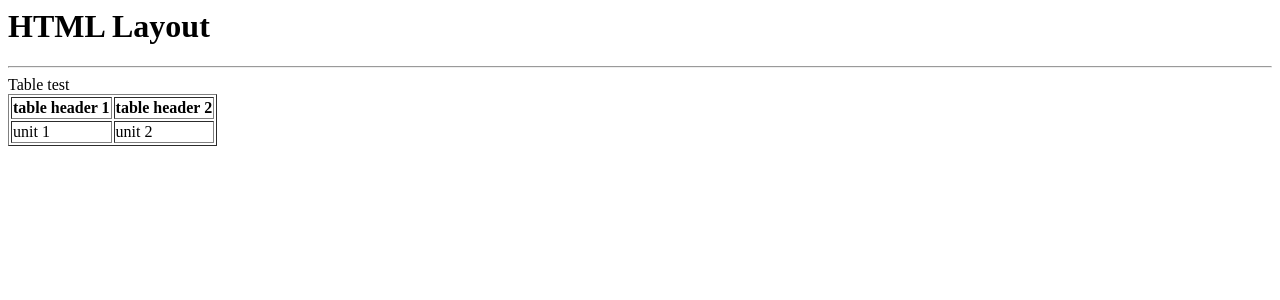
Repository: libelosophy/anjoyo
Page: workspace/QTalk/WebContent/html/table.html
An editor plug-in stored every save of this project. The page is shown before and after the next save, followed by the edit.
The browser window is 1280 px wide. The pictures show the whole page.

Above is the page before, as saved 2013-09-09 11:18:30.

### workspace/QTalk/WebContent/html/table.html
<html>
<head>
<title>HTML Layout</title>
<meta name="author" content="jh">

</head>

<h1> HTML Layout </h1>
<body>
<hr />


	<table border="1"> Table test
		<tr>
			<th>table header 1</th>
			<th>table header 2</th>
		</tr>
		<tr>
			<td>unit 1</td>
			<td>unit 2</td>
		</tr>
	</table>


</body>
</html>

After the next save:
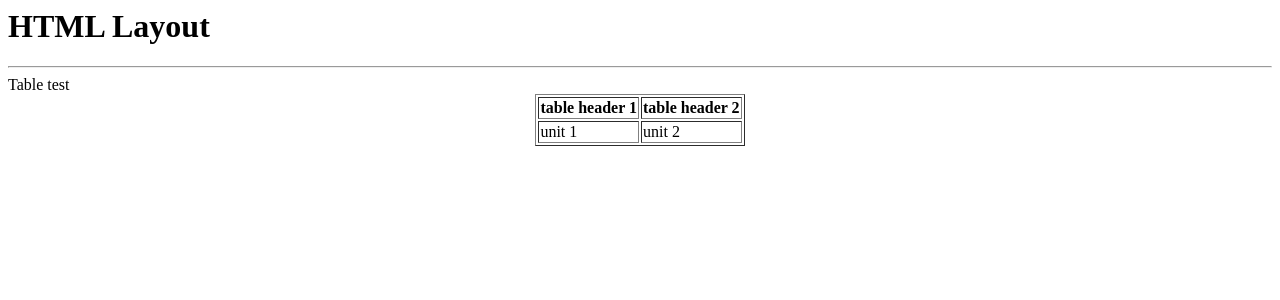
Saved 2 min 8 s later.
--- a/workspace/QTalk/WebContent/html/table.html
+++ b/workspace/QTalk/WebContent/html/table.html
@@ -10,7 +10,7 @@
 <hr />
 
 
-	<table border="1"> Table test
+	<table border="1" align="center"> Table test
 		<tr>
 			<th>table header 1</th>
 			<th>table header 2</th>
